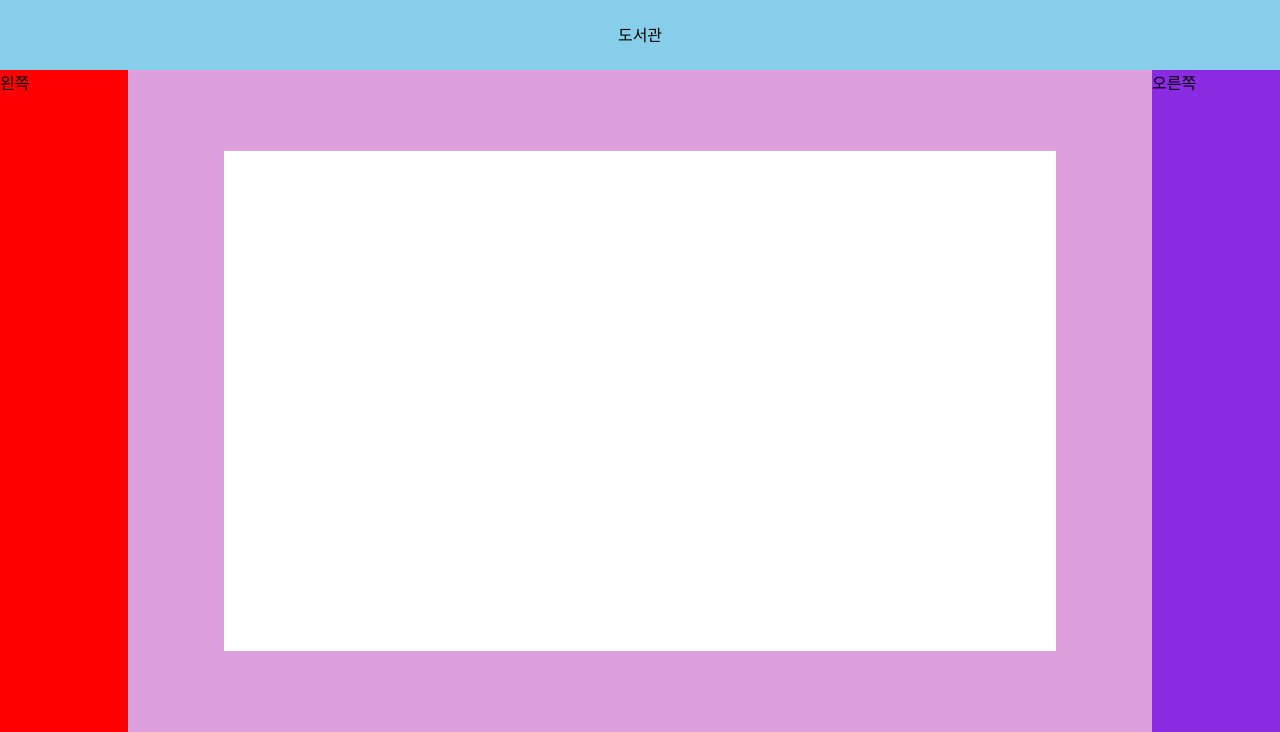
Repository: sojihwan/API_-Multi
Page: / (app in API/)
An editor plug-in stored every save of this project. The page is shown before and after the next save, followed by the edit.
The browser window is 1280 px wide. The pictures show the whole page.
The project was rebuilt for these pictures with package versions that can differ from the ones it lists, and the page was loaded fresh each time. Also part of the build but not shown: API/src/App.css.

Above is the page before, as saved 2022-05-24 15:31:11.

### API/src/App.js
import "./App.css";
import Layout from "./Layout/Layout";

function App() {
  return (
    <div>
      <Layout />
    </div>
  );
}

export default App;

### API/src/Layout/layout.js
import React from "react";
import "./Layout.css";
import Section from "./Section";

function Layout() {
  return (
    <div className="layout">
      <header>도서관</header>
      <main>
        <aside>왼쪽</aside>
        <Section />
        <aside>오른쪽</aside>
      </main>
    </div>
  );
}

export default Layout;

### API/src/Layout/layout.css
.layout {
  box-sizing: border-box;
}

header {
  top: 0px;
  width: 100%;
  height: 70px;
  line-height: 70px;
  text-align: center;
  background: skyblue;
}

aside {
  top: 70px;
}

main aside:first-child {
  position: absolute;
  left: 0;
  width: 10%;
  height: 91.9%;
  background: red;
}

main {
  display: flex;
  justify-content: center;
  align-items: center;
  min-height: 91.9vh;
  background: plum;
}

main aside:last-child {
  position: absolute;
  right: 0;
  width: 10%;
  height: 91.9%;
  background: blueviolet;
}

### API/src/Layout/Section.js
import React from "react";
import "../Layout/Section.css";

function Section() {
  return (
    <div className="section">
      <div></div>
    </div>
  );
}

export default Section;

### API/src/Layout/Section.css
.section {
  width: 65%;
  padding: 250px 0;
  text-align: center;
  background: white;
}

Loaded but not shown: API/public/index.html (common file); API/src/index.js (common file); API/src/index.css (common file); API/src/reportWebVitals.js (common file)

After the next save:
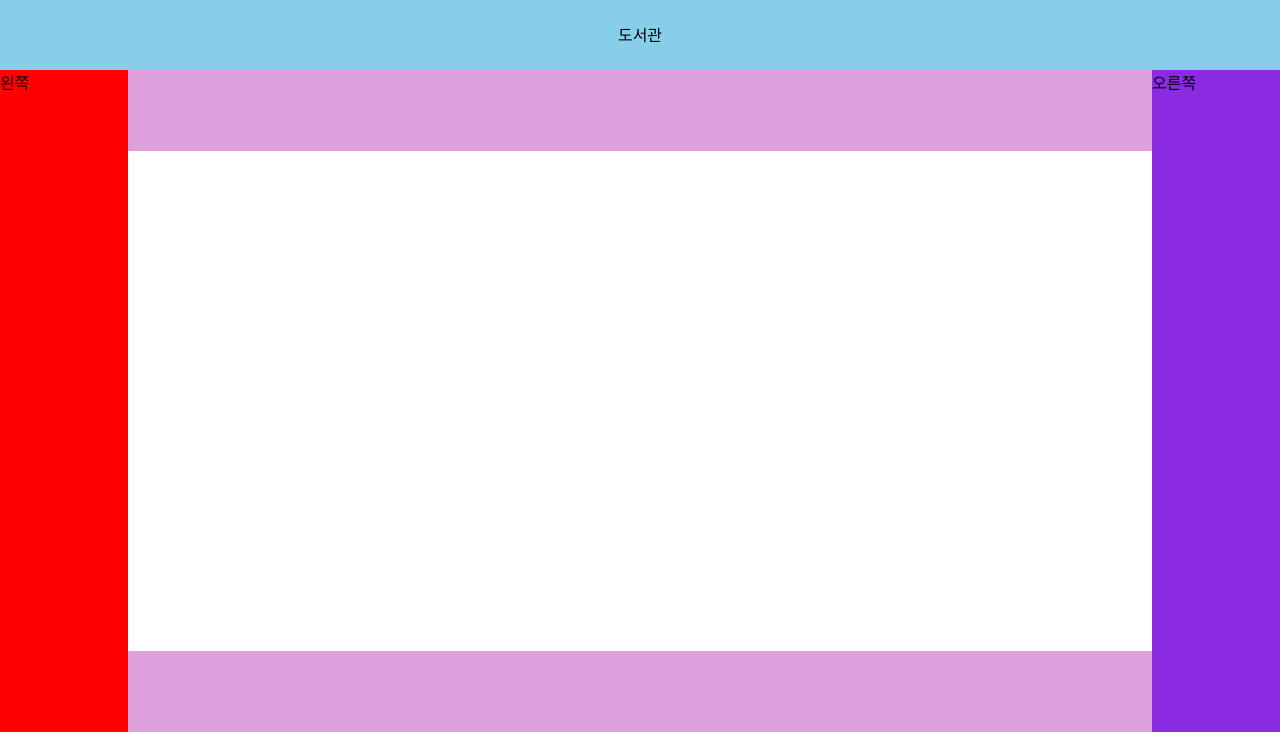
Saved 51 s later.
--- a/API/src/Layout/Section.css
+++ b/API/src/Layout/Section.css
@@ -1,5 +1,5 @@
 .section {
-  width: 65%;
+  width: 80%;
   padding: 250px 0;
   text-align: center;
   background: white;
